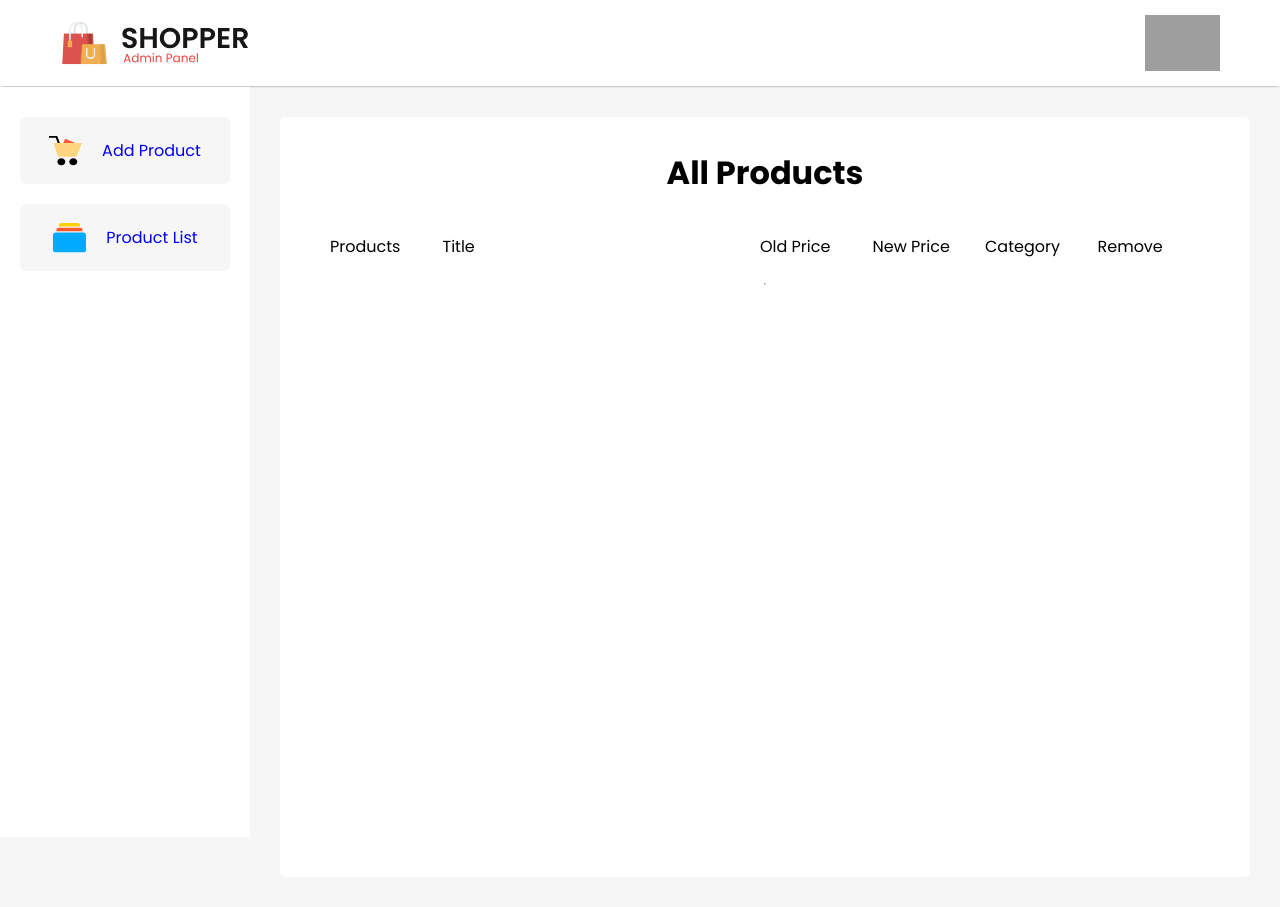
Repository: AiTrinh303/Simple-Shop
Page: /listproduct (app in admin/)
An editor plug-in stored every save of this project. The page is shown before and after the next save, followed by the edit.
The browser window is 1280 px wide. The pictures show the whole page.
Pictures or frames that could not be fetched are drawn as grey boxes. The page's requests for data from a server got no answer. The project was rebuilt for these pictures with package versions that can differ from the ones it lists, and the page was loaded fresh each time. No one was signed in, and anything a server would have sent is missing. Also part of the build but not shown: admin/vite.config.js, admin/src/Components/AddProduct/AddProduct.css, admin/src/Components/AddProduct/AddProduct.jsx.

Above is the page before, as saved 2024-07-05 22:31:21.

After the next save:
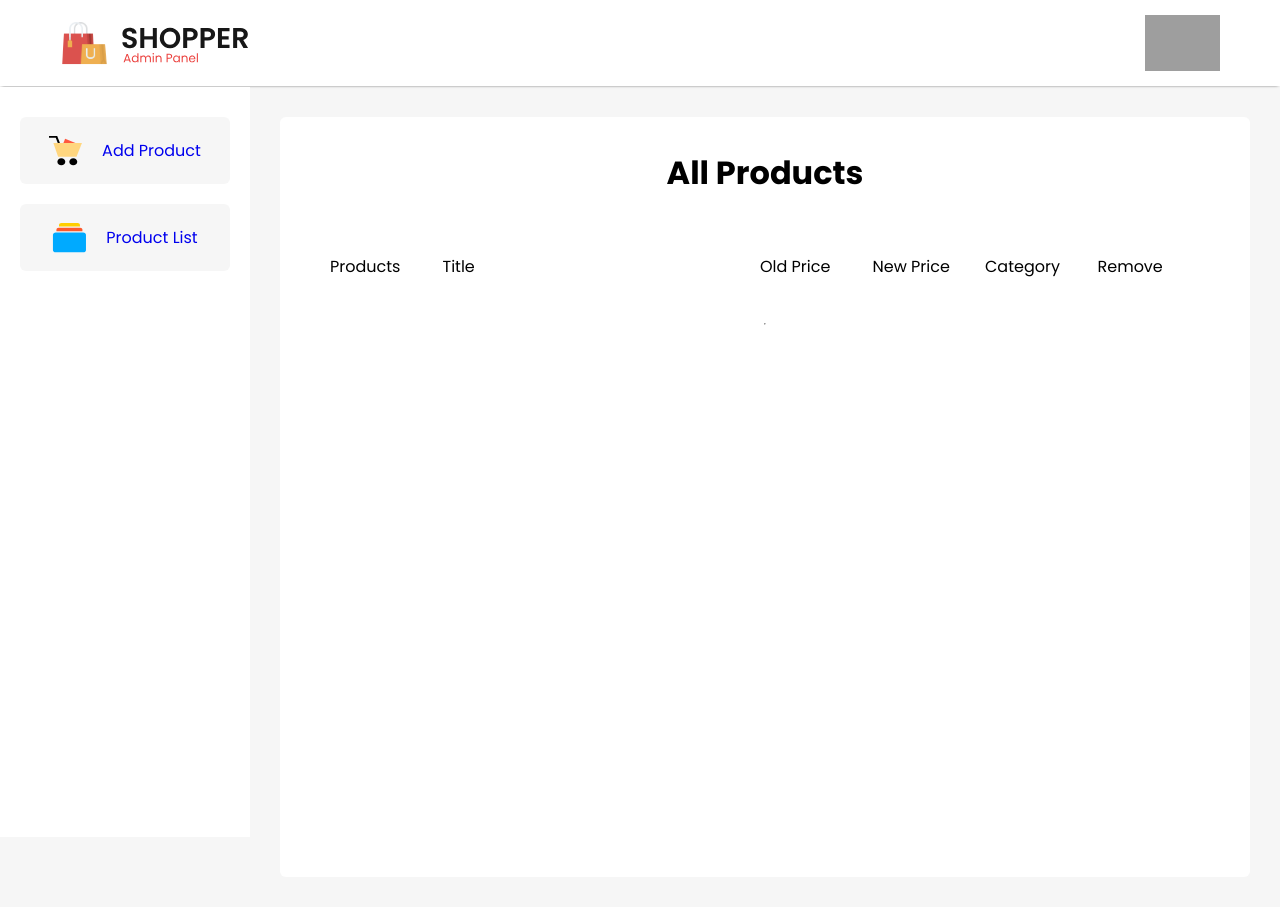
Saved 9 s later.
--- a/admin/src/Components/ListProduct/ListProduct.css
+++ b/admin/src/Components/ListProduct/ListProduct.css
@@ -15,5 +15,5 @@
     grid-template-columns: 1fr 3fr 1fr 1fr 1fr 1fr;
     gap: 10px;
     width: 100%;
-    padding: ;
+    padding: 20px 0px;
 }
